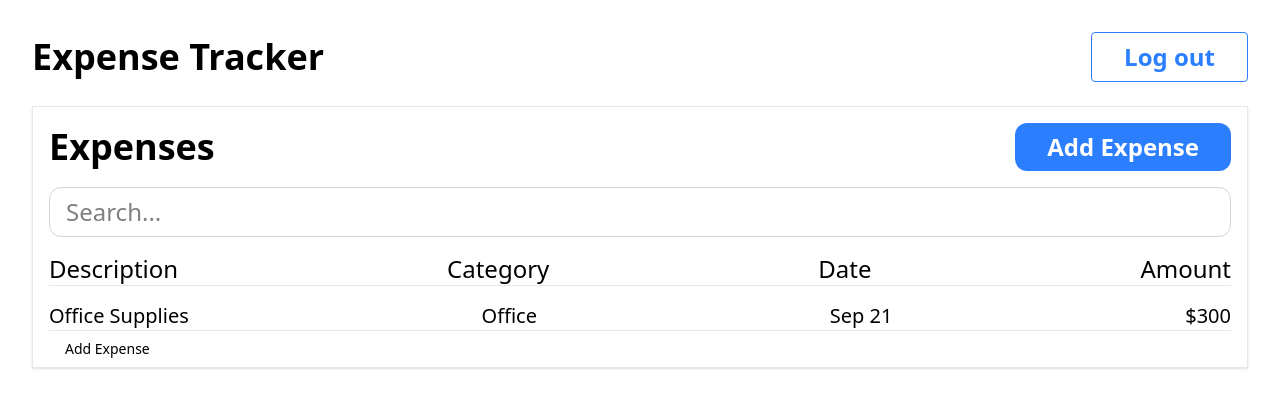
Repository: Syed-Mohsin-Ali786/frontend-expense-tracker
Page: /
An editor plug-in stored every save of this project. The page is shown before and after the next save, followed by the edit.
The browser window is 1280 px wide. The pictures show the whole page.
The project was rebuilt for these pictures with package versions that can differ from the ones it lists, and the page was loaded fresh each time. Also part of the build but not shown: src/components/ui/input.tsx, src/components/ui/label.tsx.

Above is the page before, as saved 2025-09-29 10:10:41.

After the next save:
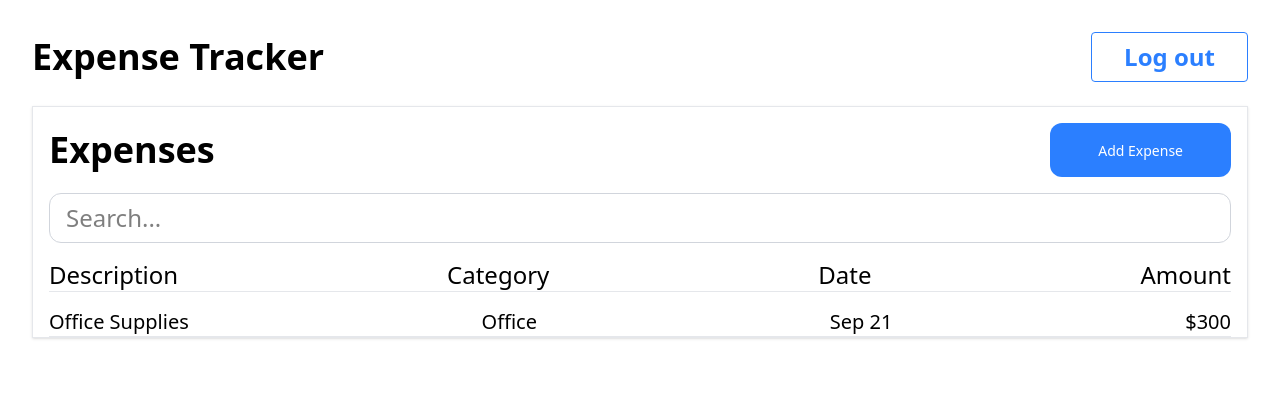
Saved 45 s later.
--- a/src/App.tsx
+++ b/src/App.tsx
@@ -21,7 +21,8 @@ function App() {
           <div className="flex justify-between items-center ">
             <h1 className="text-4xl  font-semibold">Expenses</h1>
             <button onClick={handleClick} className="cursor-pointer hover:bg-blue-600 bg-blue-500  py-2 px-3 md:px-6 lg:px-8 rounded-[12px] font-semibold text-[#ffff] text-2xl">
-              Add Expense
+
+            <AddExpenseDialog/>
             </button>
           </div>
           <div>
@@ -45,7 +46,6 @@ function App() {
           </div>
         </div>
         {/* Charts */}
-              <AddExpenseDialog/>
         <div>
 
         </div>
